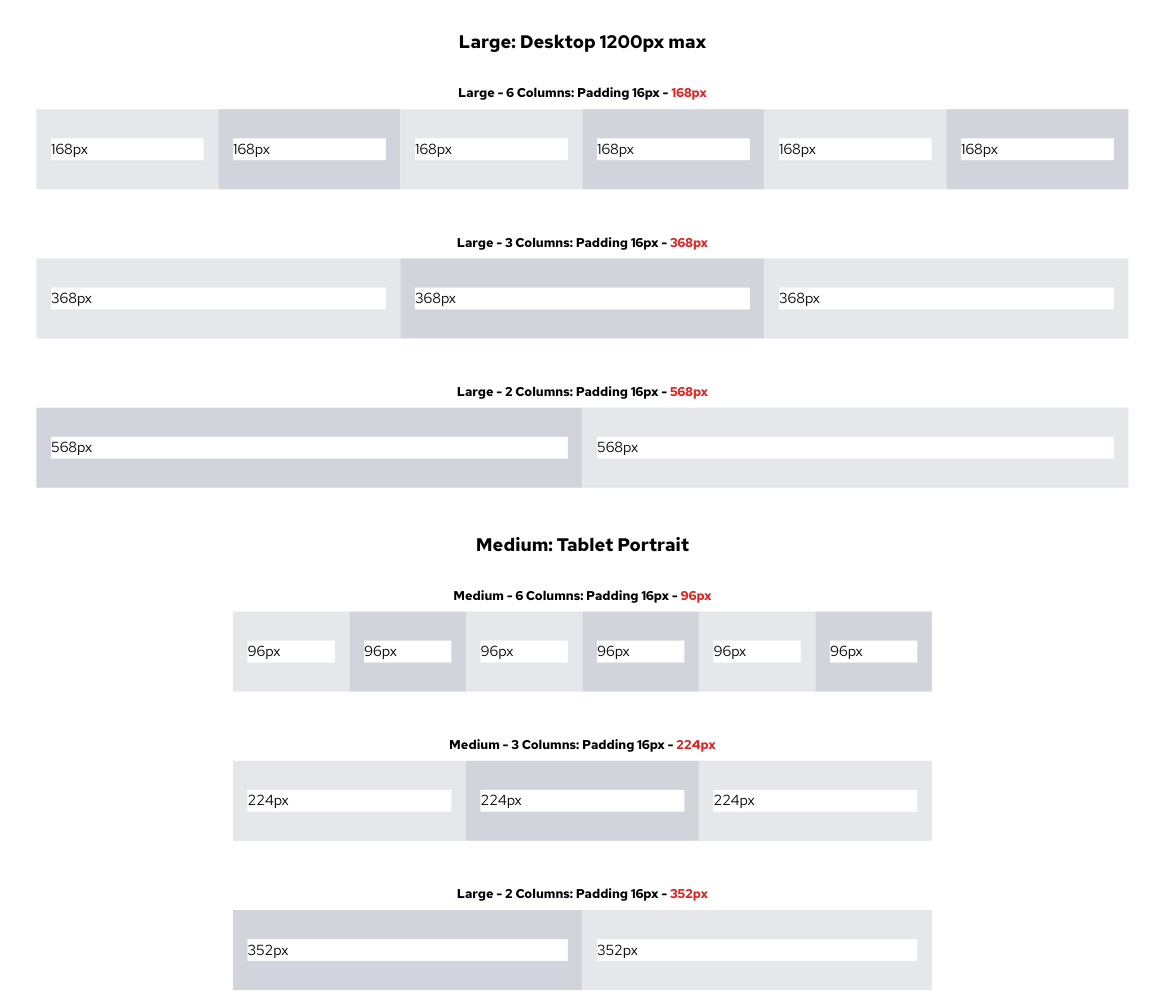
Repository: fabianwurk/vue-tailwind
Page: /
These files come from the project's save history. The page is drawn as it stood at one moment and after the next save; the edit follows.
The browser window is 1280 px wide. The pictures show the whole page, at 91% of full size.
The project was rebuilt for these pictures with package versions that can differ from the ones it lists, and the page was loaded fresh each time. Also part of the build but not shown: vite.config.js.

Above is the page before, as saved 2021-03-16 00:49:39.

### index.html
<!DOCTYPE html>
<html lang="en">
  <head>
    <link rel="preconnect" href="https://fonts.gstatic.com">
<link href="https://fonts.googleapis.com/css2?family=Red+Hat+Text:wght@400;700&display=swap" rel="stylesheet">
    <meta charset="UTF-8" />
    <link rel="icon" href="/favicon.ico" />
    <meta name="viewport" content="width=device-width, initial-scale=1.0" />
    <title>Vite App</title>
  </head>
  <body>
    <div id="app"></div>
    <script type="module" src="/src/main.js"></script>
  </body>
</html>

### src/App.vue
<template>
  <Large />
  <Medium />
</template>

<script setup>
import Large from './components/Large.vue';
import Medium from './components/Medium.vue';

</script>

### src/index.css
/* ./src/index.css */
@tailwind base;

body {
  font-family: 'Red Hat Text', sans-serif;
}
@tailwind components;
@tailwind utilities;

### src/components/Large.vue
<template>
  <div>
  <h1 class="text-xl font-bold mb-2 mt-8 text-center">Large: Desktop 1200px max</h1>
  <div class="container mx-auto">
    <h2 class="text-sm font-bold mb-2 mt-8 text-center">Large - 6 Columns: Padding 16px - <span class="text-red-600">{{ sixCol }}</span></h2>
    <div class="flex items-center">
      <div class="w-1/6 bg-gray-200 mb-4 mt-0 py-8 px-4">
        <span class="bg-white w-full block">{{ sixCol }}</span>
      </div>
      <div class="w-1/6 bg-gray-300 mb-4 mt-0 py-8 px-4">
        <span class="bg-white w-full block">{{ sixCol }}</span>
      </div>
      <div class="w-1/6 bg-gray-200 mb-4 mt-0 py-8 px-4">
        <span class="bg-white w-full block">{{ sixCol }}</span>
      </div>
      <div class="w-1/6 bg-gray-300 mb-4 mt-0 py-8 px-4">
        <span class="bg-white w-full block">{{ sixCol }}</span>
      </div>
      <div class="w-1/6 bg-gray-200 mb-4 mt-0 py-8 px-4">
        <span class="bg-white w-full block">{{ sixCol }}</span>
      </div>
      <div class="w-1/6 bg-gray-300 mb-4 mt-0 py-8 px-4">
        <span class="bg-white w-full block">{{ sixCol }}</span>
      </div>
    </div>
  </div>

  <div class="container mx-auto">
    <h2 class="text-sm font-bold mb-2 mt-8 text-center">Large - 3 Columns: Padding 16px - <span class="text-red-600">{{ threeCol }}</span></h2>
    <div class="flex items-center">
      <div class="w-1/3 bg-gray-200 mb-4 mt-0 py-8 px-4">
        <span class="bg-white w-full block">{{ threeCol }}</span>
      </div>
      <div class="w-1/3 bg-gray-300 mb-4 mt-0 py-8 px-4">
        <span class="bg-white w-full block">{{ threeCol }}</span>
      </div>
      <div class="w-1/3 bg-gray-200 mb-4 mt-0 py-8 px-4">
        <span class="bg-white w-full block">{{ threeCol }}</span>
      </div>
    </div>
  </div>

  <div class="container mx-auto">
    <h2 class="text-sm font-bold mb-2 mt-8 text-center">Large - 2 Columns: Padding 16px - <span class="text-red-600">{{ twoCol }}</span></h2>
    <div class="flex items-center">
      <div class="w-1/2 bg-gray-300 mb-4 mt-0 py-8 px-4">
        <span class="bg-white w-full block">{{ twoCol }}</span>
      </div>
      <div class="w-1/2 bg-gray-200 mb-4 mt-0 py-8 px-4">
        <span class="bg-white w-full block">{{ twoCol }}</span>
      </div>
    </div>
  </div>

  </div>
</template>

<script>
export default {
  data() {
    return {
      sixCol: "168px",
      threeCol: "368px",
      twoCol: "568px",
    };
  },
}
</script>

### src/components/Medium.vue
<template>
  <div>
  <h1 class="text-xl font-bold mb-2 mt-8 text-center">Medium: Tablet Portrait</h1>
  <div class="max-w-3xl mx-auto">
    <h2 class="text-sm font-bold mb-2 mt-8 text-center">Medium - 6 Columns: Padding 16px - <span class="text-red-600">{{ sixColMd }}</span></h2>
    <div class="flex items-center">
      <div class="w-1/6 bg-gray-200 mb-4 mt-0 py-8 px-4">
        <span class="bg-white w-full block">{{ sixColMd }}</span>
      </div>
      <div class="w-1/6 bg-gray-300 mb-4 mt-0 py-8 px-4">
        <span class="bg-white w-full block">{{ sixColMd }}</span>
      </div>
      <div class="w-1/6 bg-gray-200 mb-4 mt-0 py-8 px-4">
        <span class="bg-white w-full block">{{ sixColMd }}</span>
      </div>
      <div class="w-1/6 bg-gray-300 mb-4 mt-0 py-8 px-4">
        <span class="bg-white w-full block">{{ sixColMd }}</span>
      </div>
      <div class="w-1/6 bg-gray-200 mb-4 mt-0 py-8 px-4">
        <span class="bg-white w-full block">{{ sixColMd }}</span>
      </div>
      <div class="w-1/6 bg-gray-300 mb-4 mt-0 py-8 px-4">
        <span class="bg-white w-full block">{{ sixColMd }}</span>
      </div>
    </div>
  </div>

  <div class="max-w-3xl mx-auto">
    <h2 class="text-sm font-bold mb-2 mt-8 text-center">Medium - 3 Columns: Padding 16px - <span class="text-red-600">{{ threeColMd }}</span></h2>
    <div class="flex items-center">
      <div class="w-1/3 bg-gray-200 mb-4 mt-0 py-8 px-4">
        <span class="bg-white w-full block">{{ threeColMd }}</span>
      </div>
      <div class="w-1/3 bg-gray-300 mb-4 mt-0 py-8 px-4">
        <span class="bg-white w-full block">{{ threeColMd }}</span>
      </div>
      <div class="w-1/3 bg-gray-200 mb-4 mt-0 py-8 px-4">
        <span class="bg-white w-full block">{{ threeColMd }}</span>
      </div>
    </div>
  </div>

  <div class="max-w-3xl mx-auto">
    <h2 class="text-sm font-bold mb-2 mt-8 text-center">Large - 2 Columns: Padding 16px - <span class="text-red-600">{{ twoColMd }}</span></h2>
    <div class="flex items-center">
      <div class="w-1/2 bg-gray-300 mb-4 mt-0 py-8 px-4">
        <span class="bg-white w-full block">{{ twoColMd }}</span>
      </div>
      <div class="w-1/2 bg-gray-200 mb-4 mt-0 py-8 px-4">
        <span class="bg-white w-full block">{{ twoColMd }}</span>
      </div>
    </div>
  </div>

  </div>
</template>

<script>
export default {
  data() {
    return {
      sixColMd: "96px",
      threeColMd: "224px",
      twoColMd: "352px",
    };
  },
}
</script>

### tailwind.config.js
module.exports = {
  purge: ['./index.html', './src/**/*.{vue,js,ts,jsx,tsx}'],
  darkMode: false, // or 'media' or 'class'
  theme: {
    extend: {
      container: {
        'md': {'max': '768px'},
      },
      screens: {
        'xl': {'min': '1200px', 'max': '1280px'},
        '2xl': {'max': '1280px'},
      },
    },
  },
  variants: {
    extend: {},
  },
  plugins: [],
}

Loaded but not shown: src/main.js (common file)

After the next save:
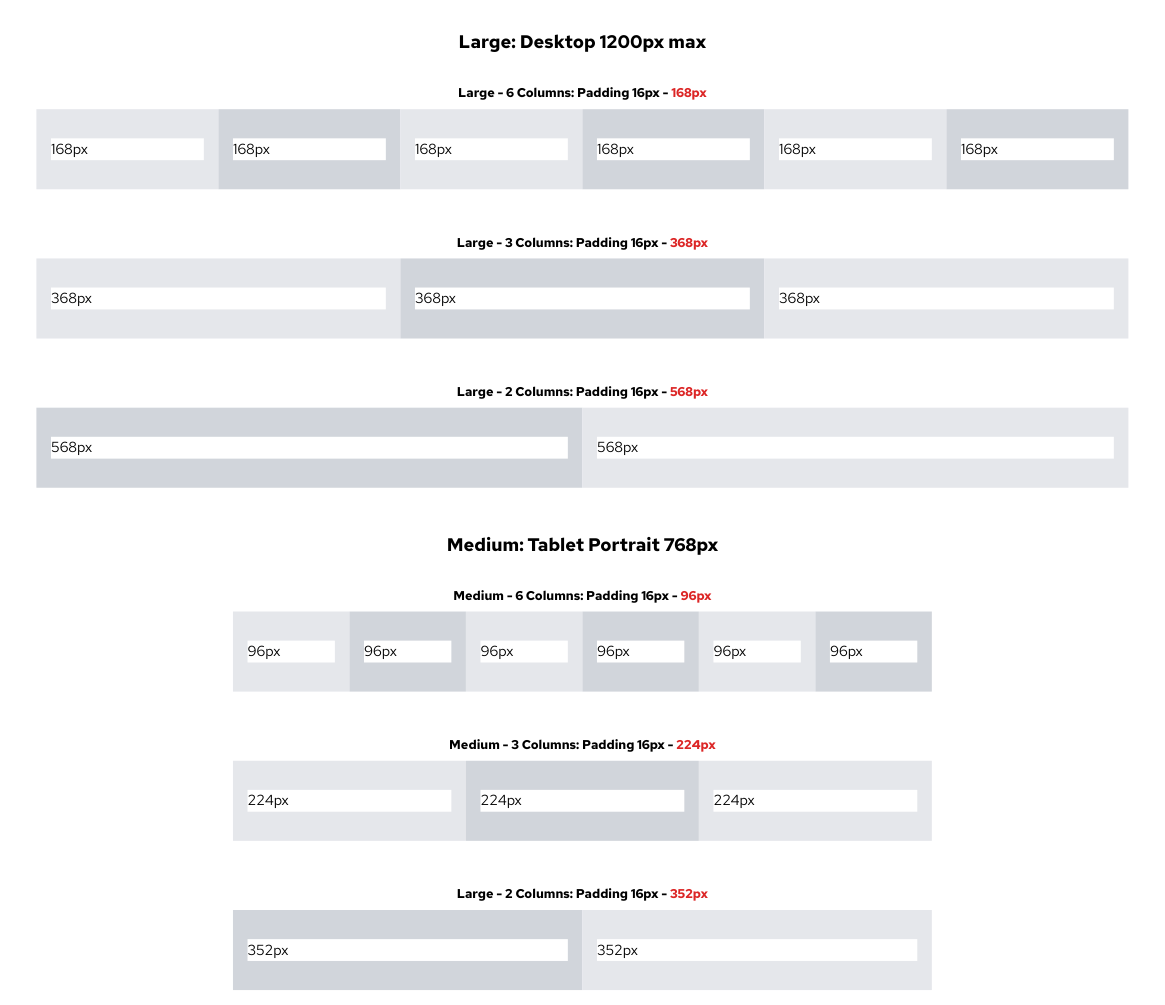
Saved 10 s later.
--- a/src/components/Medium.vue
+++ b/src/components/Medium.vue
@@ -1,6 +1,6 @@
 <template>
   <div>
-  <h1 class="text-xl font-bold mb-2 mt-8 text-center">Medium: Tablet Portrait</h1>
+  <h1 class="text-xl font-bold mb-2 mt-8 text-center">Medium: Tablet Portrait 768px</h1>
   <div class="max-w-3xl mx-auto">
     <h2 class="text-sm font-bold mb-2 mt-8 text-center">Medium - 6 Columns: Padding 16px - <span class="text-red-600">{{ sixColMd }}</span></h2>
     <div class="flex items-center">
